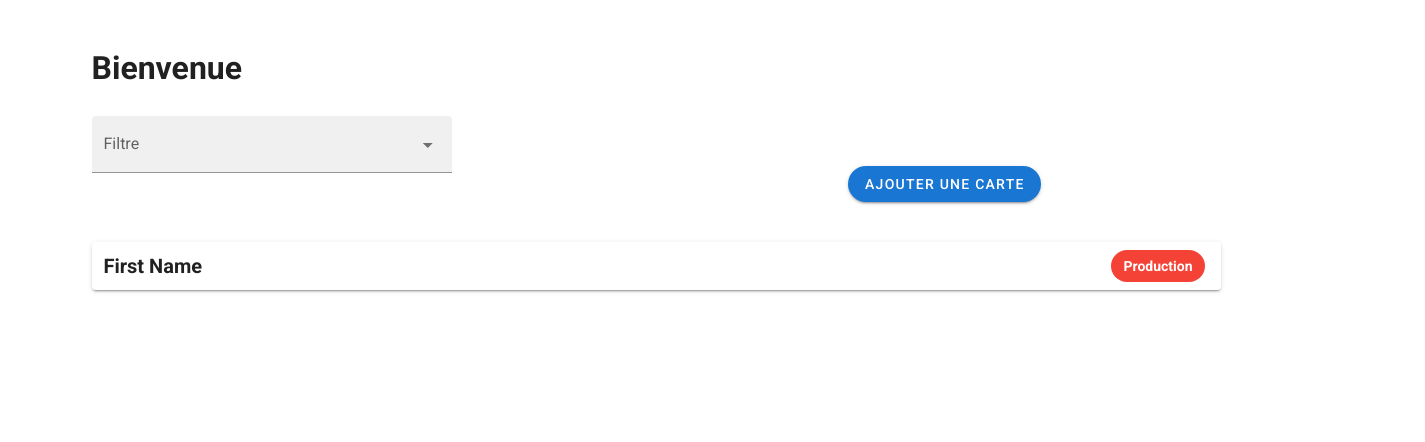
Repository: SidneyHodieb/myc
Page: /
These files come from the project's save history. The page is drawn as it stood at one moment and after a run of saves; the edit follows.
The browser window is 1280 px wide. The page is 1280 px wide, then 1425 px, so the pictures cover 1425 px, including what lies to the right of the window. The pictures show the whole page.
The project was rebuilt for these pictures with package versions that can differ from the ones it lists, and the page was loaded fresh each time. Also part of the build but not shown: vue.config.js.

Above is the page before, as saved 2021-04-02 00:14:38.

After the next 2 saves:
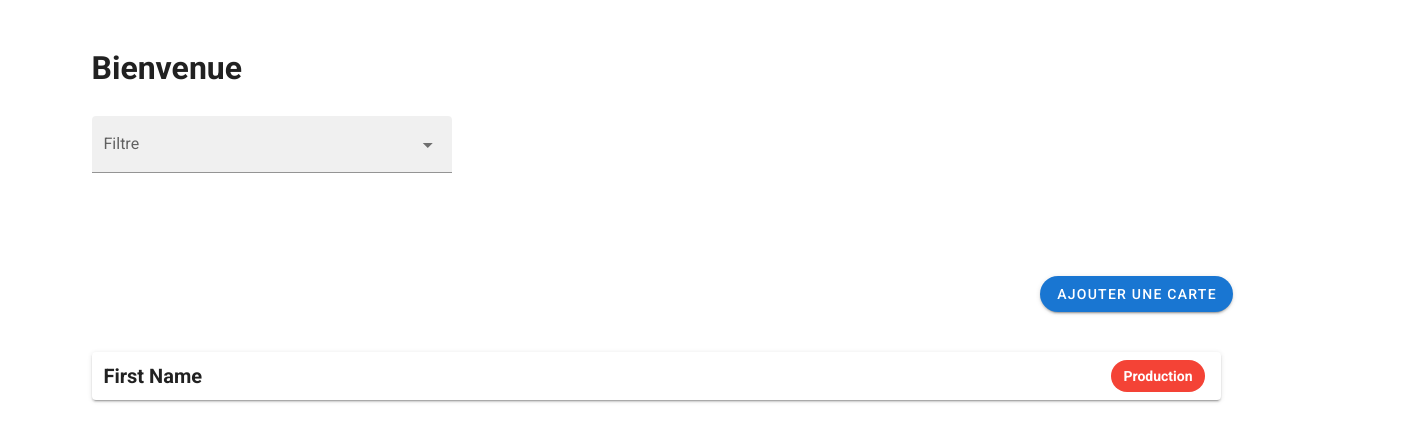
The 2 saves are shown as one change because they came seconds apart.
The last was saved 13 s later.
--- a/src/views/Home.vue
+++ b/src/views/Home.vue
@@ -7,9 +7,9 @@
       <v-col class="d-flex" sm="4">
         <v-select :items="items" filled label="Filtre"></v-select>
       </v-col>
-     <v-col offset-md="2" sm="6" style="margin-top:50px">
+     <v-col offset-md="8" sm="6" style="margin-top:50px">
       <div class="text-center">
-        <v-btn rounded color="primary" >
+        <v-btn rounded color="primary">
           Ajouter une carte
         </v-btn>
       </div>
